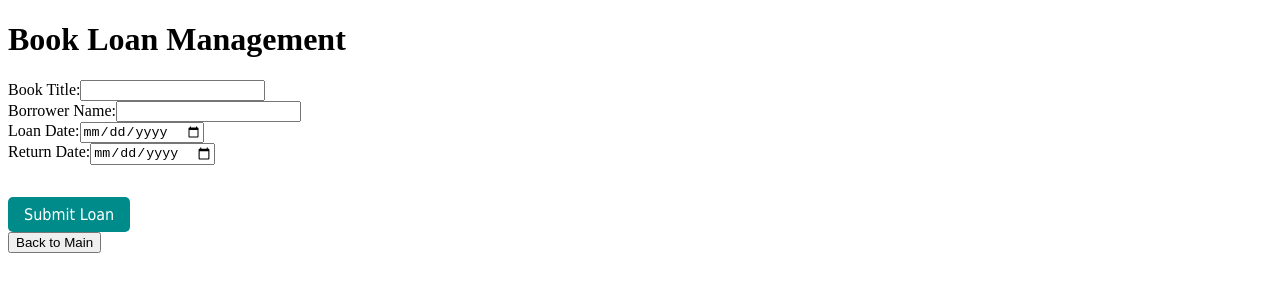
Repository: Darrel00/darrel_frontend_6
Page: / (app in darrel_frontend_6/), after clicking the first element matching `button.loan-button`
These files come from the project's save history. The page is drawn as it stood at one moment and after the next save; the edit follows.
The browser window is 1280 px wide. The pictures show the whole page.
The project was rebuilt for these pictures with package versions that can differ from the ones it lists, and the page was loaded fresh each time. Also part of the build but not shown: darrel_frontend_6/vite.config.js, darrel_frontend_6/src/Book.jsx, darrel_frontend_6/src/Modal.jsx, darrel_frontend_6/src/BookDetails.jsx.

Above is the page before, as saved 2025-11-02 01:18:55.

### darrel_frontend_6/index.html
<!doctype html>
<html lang="en">
  <head>
    <meta charset="UTF-8" />
    <link rel="icon" type="image/svg+xml" href="/vite.svg" />
    <meta name="viewport" content="width=device-width, initial-scale=1.0" />
    <title>Getting Started with React</title>
  </head>
  <body>
    <div id="root"></div>
    <script type="module" src="/src/main.jsx"></script>
  </body>
</html>

### darrel_frontend_6/src/index.css
.header {
  color: darkcyan;
  font-size: 1.5em;
  font-family: tahoma, sans-serif;
  padding: 1em;
  margin-bottom: 2.5em;
  text-align: center;
  background: lightcyan;
  border-bottom: darkcyan 6px solid;
}

.addbutton {
  font-family: tahoma, sans-serif;
  font-size: 1.5em;
  width: 220px;
  height: 350px;
  min-width: 220px;
  min-height: 350px;
  max-width: 220px;
  max-height: 350px;
  box-sizing: border-box;
  padding: 1em;
  border: 2px solid darkcyan;
  border-radius: 5px;
  color: darkcyan;
  font-weight: bold;
  background-color: lightcyan;
  box-shadow: 5px 5px 10px rgba(0, 0, 0, 0.1);
  cursor: pointer;
  margin-left: 94px;
  margin-right: 40px;
}

.main-row {
  display: flex;
  align-items: flex-start;
  gap: 54px;
}

.addbutton:hover {
  background-color: darkcyan;
  color: white;
  border-color: lightcyan;
}

.add-button-container {
  justify-content: center;
  align-items: center;
}

.book {
  position: relative;
  border: 2px solid darkcyan;
  width: 200px;
  height: 315px;
  padding: 1em;
  border-radius: 5px;
  background-color: lightcyan;
  box-shadow: 5px 5px 10px rgba(0, 0, 0, 0.1);
  cursor: pointer;
}

.book-selected {
  background-color: darkcyan;
}

.book-image {
  display: block;
  margin: 0 auto;
  width: 100%;
  height: 300px;
  object-fit: cover;
  box-sizing: border-box;
  border-radius: 5px;
}

.book-list {
  display: flex;
  gap: 5em;
  justify-content: left;
  flex-wrap: wrap;
}

.title {
  font-family: tahoma, sans-serif;
  font-size: 1.2em;
  margin-top: 0.5em;
  max-width: 250px;
  color: darkcyan;
}

.filter {
  font-family: tahoma, sans-serif;
  font-weight: bold;
  font-size: 1em;
  margin-bottom: 1em;
  padding: 0.5em;
  border-radius: 5px;
  box-sizing: border-box;
  border: 2px solid darkcyan;
  width: 200px;
  color: darkcyan;
  background-color: lightcyan;
  cursor: pointer;
  margin-left: 94px;
  margin-right: 40px;
}

.filter-title {
  font-family: tahoma, sans-serif;
  font-size: 1.2em;
  margin-bottom: 0.5em;
  color: darkcyan;
}

.loan-button {
  padding: 9px 10px;
  background: darkcyan;
  border: none;
  color: #fff;
  cursor: pointer;
  user-select: none;
  font-family: tahoma, sans-serif;
  font-weight: bold;
}

.delete {
  padding: 9px 10px;
  background: #b2395b;
  border: none;
  color: #fff;
  cursor: pointer;
  user-select: none;
  font-family: tahoma, sans-serif;
  font-weight: bold;
}

.edit {
  bottom: 10;
  right: 1;
  padding: 9px 10px;
  border: none;
  background: #397ab2;
  color: #fff;
  cursor: pointer;
  font-family: tahoma, sans-serif;
  font-weight: bold;
}

.actions {
  display: flex;
  gap: 18px;
  align-items: center;
  margin-top: 18px;
  margin-left: 140px;
}

.author {
  font-family: tahoma, sans-serif;
  font-size: 1em;
  margin-top: 0.1em;
  max-width: 250px;
  color: darkcyan;
}

.price {
  font-family: tahoma, sans-serif;
  font-size: 1em;
  margin-top: 0.1em;
  max-width: 250px;
  color: darkcyan;
  font-weight: bold;
}

.url {
  font-family: tahoma, sans-serif;
  font-size: 1em;
  margin-top: 0.5em;
  color: rgb(87, 119, 236);
  text-decoration: underline;
}

.footer {
  color: darkcyan;
  font-size: 1.2em;
  font-family: tahoma, sans-serif;
  padding: 1em;
  margin-top: 9.5em;
  text-align: center;
  background-color: lightcyan;
  border-top: darkcyan 6px solid;
  align-self: flex-end;
}


.modal {
  font-family: tahoma, sans-serif;
  border: 2px solid darkcyan;
  border-radius: 5px;
  background-color: lightcyan;
  box-shadow: 5px 5px 10px rgba(0, 0, 0, 0.1);
  padding: 2em;
  width: 400px;
  max-width: 90%;
}

.category {
  font-family: tahoma, sans-serif;
  font-size: 1em;
  color: darkcyan;
  margin-top: 0.1em;
  align-items: center;
  display: flex;
  vertical-align: auto;
}

.submit-button {
  font-family: tahoma, sans-serif;
  font-size: 1em;
  padding: 0.5em 1em;
  border: none;
  border-radius: 5px;
  background-color: darkcyan;
  color: white;
  cursor: pointer;
  margin-top: 2em;
}

.input {
  width: 50%;
  padding: 0.5em;
  border: 1px solid #ccc;
  border-radius: 5px;
  box-sizing: border-box;
  margin-left: auto;
}

### darrel_frontend_6/src/App.jsx
import React, { useState } from 'react';
import Book from './Book.jsx';
import Modal from './Modal.jsx';
import BookDetails from './BookDetails.jsx';
import LoanManagement from './LoanManagement.jsx';

function App() {
  const [currentPage, setCurrentPage] = useState('main');
  const [showModal, setShowModal] = useState(false);
  const [selectedBook, setSelectedBook] = useState(null);
  const [books, setBooks] = useState([]);

  function openModal() {
    setShowModal(true);
  }

  function closeModal() {
    setShowModal(false);
  }

  function handleSelectBook(id) {
    setSelectedBook(prev => (prev === id ? null : id));
  }

  function addBook(bookData) {
    const newBook = {
      id: Date.now().toString(),
      title: bookData.title,
      author: bookData.author,
      price: '$0.00',
      image: bookData.image,
      url: '#'
    };

    setBooks(prevBooks => [...prevBooks, newBook]);
  }

  function deleteBook() {
    if (selectedBook) {
      setBooks(prevBooks => prevBooks.filter(book => book.id !== selectedBook));
      setSelectedBook(null);
    }
  }

  function editBook() {
    if (selectedBook) {
      const bookToEdit = books.find(book => book.id === selectedBook);
      if (bookToEdit) {
        const newTitle = prompt('Enter new title:', bookToEdit.title);
        const newAuthor = prompt('Enter new author:', bookToEdit.author);
        if (newTitle !== null && newAuthor !== null) {
          setBooks(prevBooks =>
            prevBooks.map(book =>
              book.id === selectedBook
                ? { ...book, title: newTitle, author: newAuthor }
                : book
            )
          );
        }
      }
    }
  }


  const [filter, setFilter] = useState('');
  const categories = [...new Set(books.map(book => book.author))];

  if (currentPage === 'loan') {
    return (
      <div className="App">
        <LoanManagement onBack={() => setCurrentPage('main')} />
      </div>
    );
  }

  return (
    <div className="App">
      <div className="header">
        <h1>Book Catalog</h1>
        <button className="loan-button" onClick={() => setCurrentPage('loan')}>Manage your Book Loans</button>
      </div>
      <div className="filter">
      <span className="filter-title">Filter by Author</span>
      <select value={filter} onChange={(e) => setFilter(e.target.value)}>
        <option value="">All Authors</option>
        {categories.map((category) => (
          <option key={category} value={category}>
            {category}
          </option>
        ))}
      </select>
      </div>
      <div className="main-row">
        <div className="add-button-container">
        <button
          className="addbutton"
          onClick={openModal}
        >
          Add Book +
        </button>
        <div className="actions">
          <button onClick={deleteBook} className="delete">Delete</button>
          <button onClick={editBook} className="edit">Edit</button>
        </div>
        </div>
        <div className="book-list">
          {books.filter(book => !filter || book.author === filter).map((book) => (
            <Book
              key={book.id}
              id={book.id}
              title={book.title}
              author={book.author}
              price={book.price}
              image={book.image}
              url={book.url}
              selected={selectedBook === book.id}
              onSelect={() => handleSelectBook(book.id)}
            />
          ))}
        </div>
      </div>

      {showModal && <Modal onClose={closeModal} onAddBook={addBook} />}
      <div className="footer">
        <p>© Darrel James Soriano, 2025</p>
      </div>
    </div>
  );
}

export default App;

### darrel_frontend_6/src/LoanManagement.jsx
import { useState } from 'react';

export default function LoanManagement({ onBack }) {
    const [loanData, setLoanData] = useState({
        bookTitle: '',
        borrowerName: '',
        loanDate: '',
        returnDate: ''
    });

    const handleChange = (e) => {
        const { name, value } = e.target;
        setLoanData(prev => ({
            ...prev,
            [name]: value
        }));
    };

    const handleSubmit = (e) => {
        e.preventDefault();
        console.log('Loan data submitted:', loanData);
        setLoanData({
            bookTitle: '',
            borrowerName: '',
            loanDate: '',
            returnDate: ''
        });
    };

    return (
        <div className="loan-management">
            <h1>Book Loan Management</h1>
            <form onSubmit={handleSubmit} className="loan-form">
                <div className="form-group">
                    <label htmlFor="bookTitle">Book Title:</label>
                    <input
                        type="text"
                        id="bookTitle"
                        name="bookTitle"
                        value={loanData.bookTitle}
                        onChange={handleChange}
                        required
                    />
                </div>
                <div className="form-group">
                    <label htmlFor="borrowerName">Borrower Name:</label>
                    <input
                        type="text"
                        id="borrowerName"
                        name="borrowerName"
                        value={loanData.borrowerName}
                        onChange={handleChange}
                        required
                    />
                </div>
                <div className="form-group">
                    <label htmlFor="loanDate">Loan Date:</label>
                    <input
                        type="date"
                        id="loanDate"
                        name="loanDate"
                        value={loanData.loanDate}
                        onChange={handleChange}
                        required
                    />
                </div>
                <div className="form-group">
                    <label htmlFor="returnDate">Return Date:</label>
                    <input
                        type="date"
                        id="returnDate"
                        name="returnDate"
                        value={loanData.returnDate}
                        onChange={handleChange}
                        required
                    />
                </div>
                <button type="submit" className="submit-button">Submit Loan</button>
            </form>
            <button onClick={onBack} className="back-button">Back to Main</button>
        </div>
    );
}

Loaded but not shown: darrel_frontend_6/src/main.jsx (common file)

After the next save:
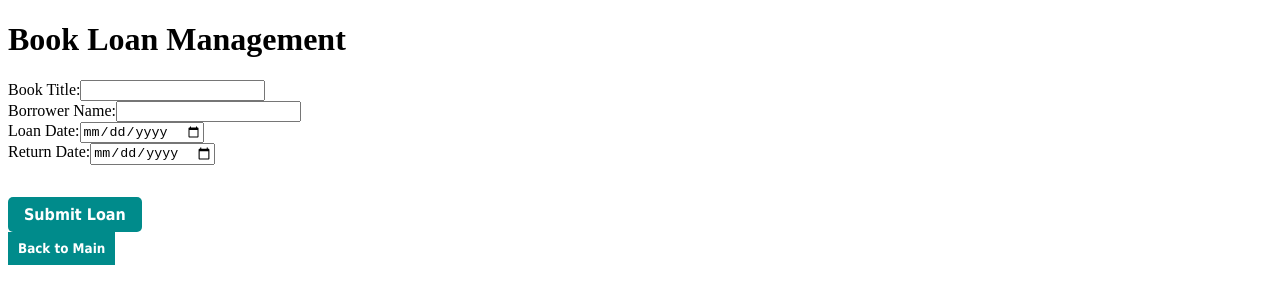
Saved 76 s later.
--- a/darrel_frontend_6/src/index.css
+++ b/darrel_frontend_6/src/index.css
@@ -124,6 +124,28 @@
   font-weight: bold;
 }
 
+.submit-button {
+  padding: 9px 10px;
+  background: darkcyan;
+  border: none;
+  color: #fff;
+  cursor: pointer;
+  user-select: none;
+  font-family: tahoma, sans-serif;
+  font-weight: bold;
+}
+
+.back-button {
+  padding: 9px 10px;
+  background: darkcyan;
+  border: none;
+  color: #fff;
+  cursor: pointer;
+  user-select: none;
+  font-family: tahoma, sans-serif;
+  font-weight: bold;
+}
+
 .delete {
   padding: 9px 10px;
   background: #b2395b;
